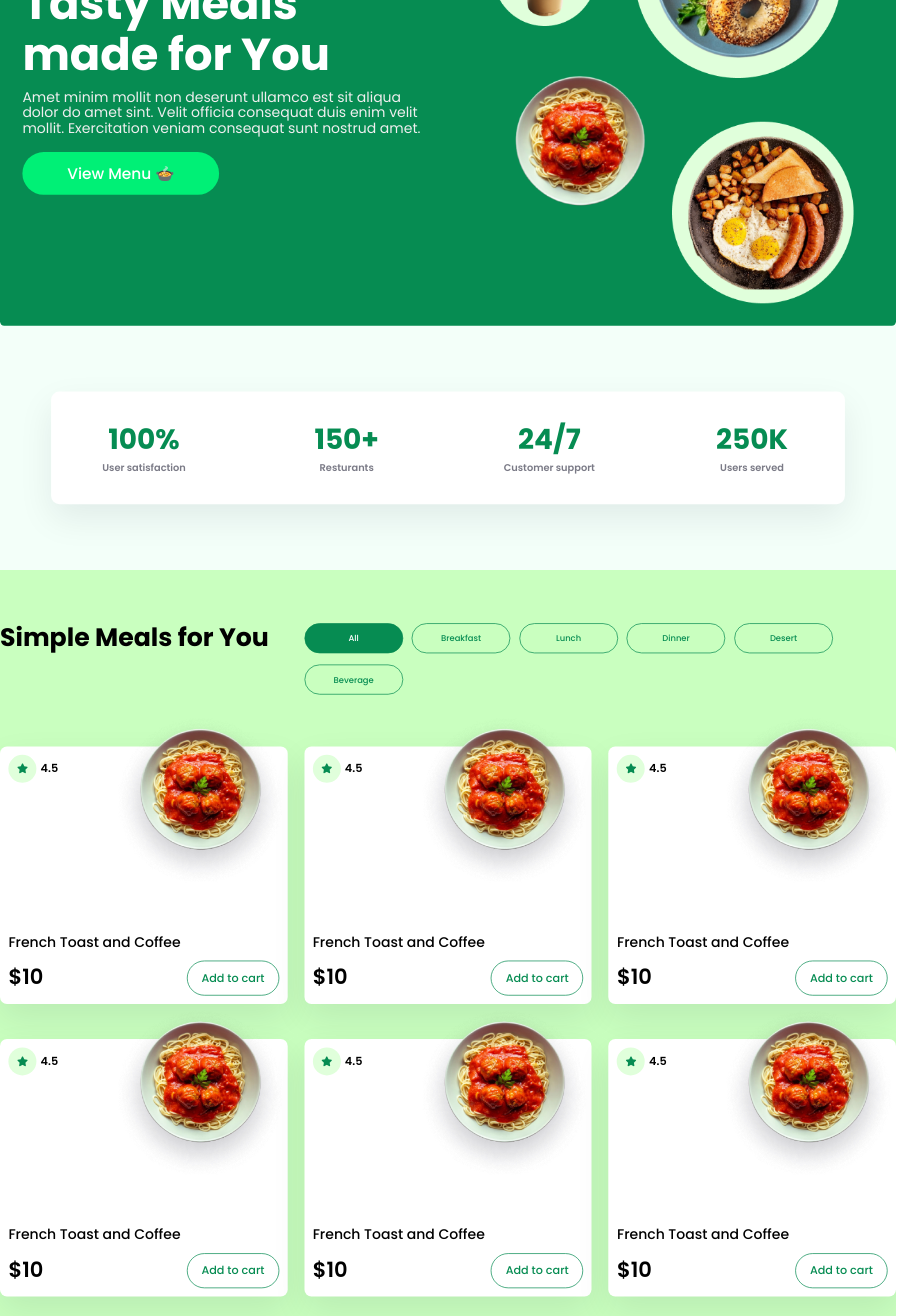
Repository: nguyennam1029/balbal
Page: index.html
The author's editor kept a copy of each file at every save. The page is drawn from the files as they stood at one save, then again after the next save.
The browser window is 1280 px wide. The page is 1292 px wide, so the pictures cover 1292 px, including what lies to the right of the window. The pictures show the part of the page from y = 336 to 2216 px (the page is 4194 px tall), at 70% of full size.
Some web libraries are served in a nearby version.

Above is the page before, as saved 2022-07-07 23:33:39.

After the next save:
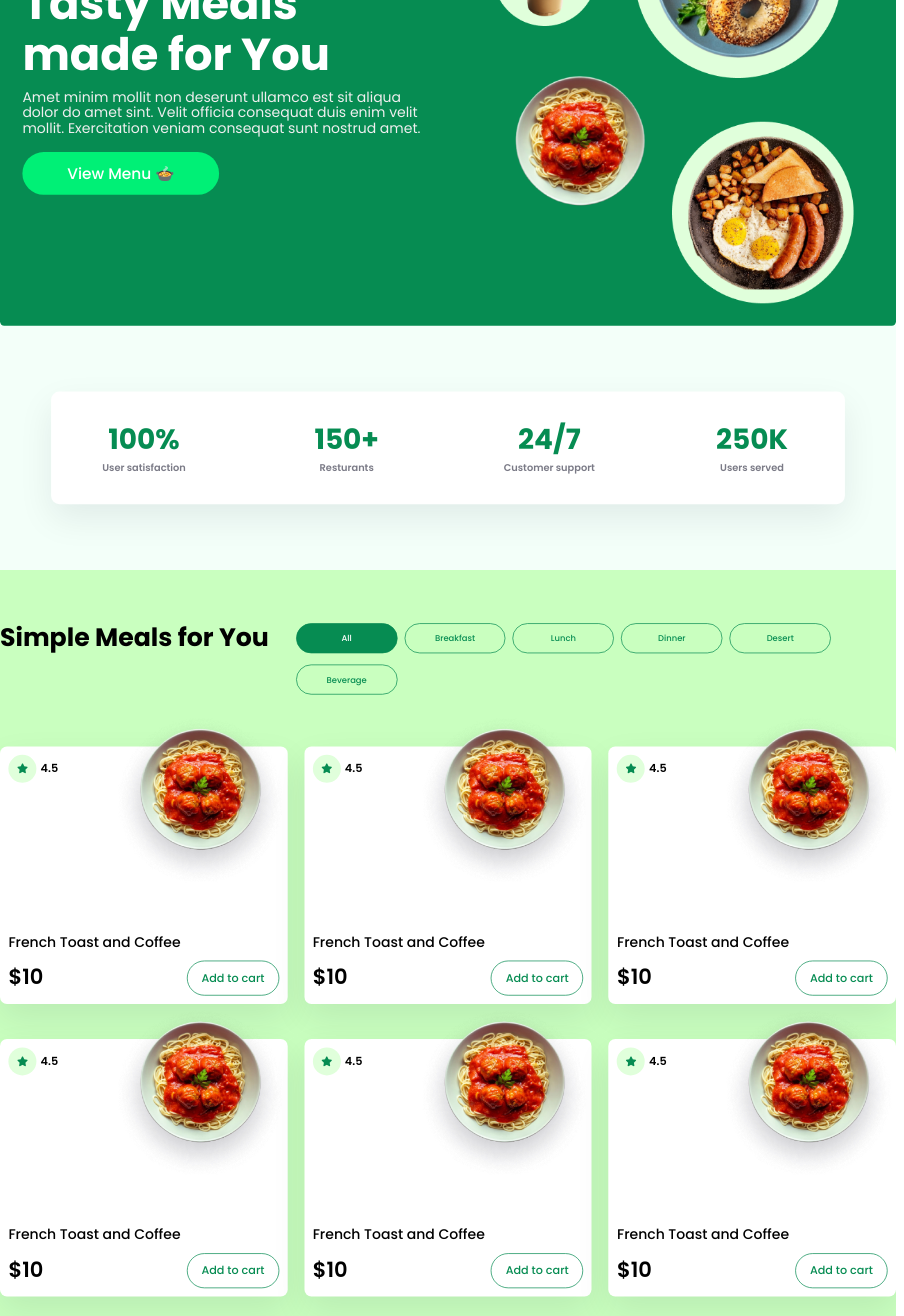
Saved 99 s later.
--- a/index.html
+++ b/index.html
@@ -114,12 +114,14 @@
               </div>
               <!-- <div class="col l-8 m-12 c-12"> -->
               <ul class="tab-list col l-8 m-12 c-12">
-                <li class="tab-item active l-2 m-3 c-4">All</li>
+                <div class="row">
+                  <li class="tab-item active l-2 m-3 c-4">All</li>
                 <li class="tab-item l-2 m-3 c-4">Breakfast</li>
                 <li class="tab-item l-2 m-3 c-4">Lunch</li>
                 <li class="tab-item l-2 m-3 c-4">Dinner</li>
                 <li class="tab-item l-2 m-3 c-4">Desert</li>
                 <li class="tab-item l-2 m-3 c-4">Beverage</li>
+                </div>
               </ul>
               <!-- </div> -->
             </div>
